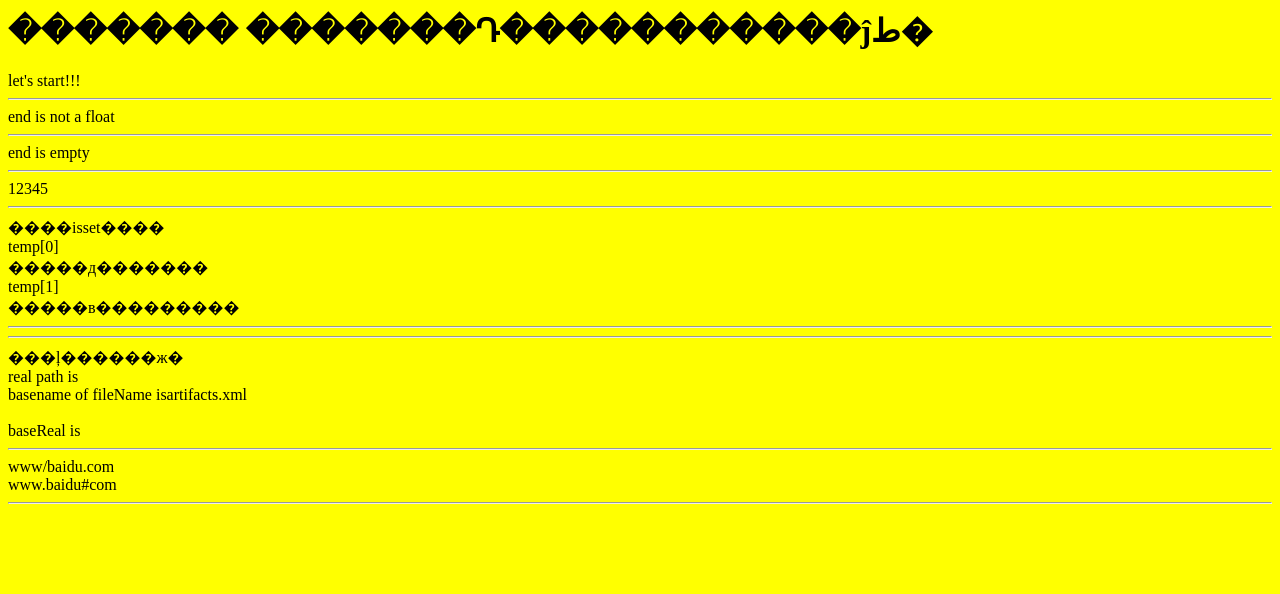
Repository: hanliyao/HelloWorld
Page: http://localhost/core/Common/testUnit.php
The author's editor kept a copy of each file at every save. The page is drawn from the files as they stood at one save, then again after the next save.
The browser window is 1280 px wide. The pictures show the whole page.
The page is run by PHP 8.4 with error messages shown; the project is at /var/www/html/.

Above is the page before, as saved 2016-02-05 03:09:15.

After the next save:
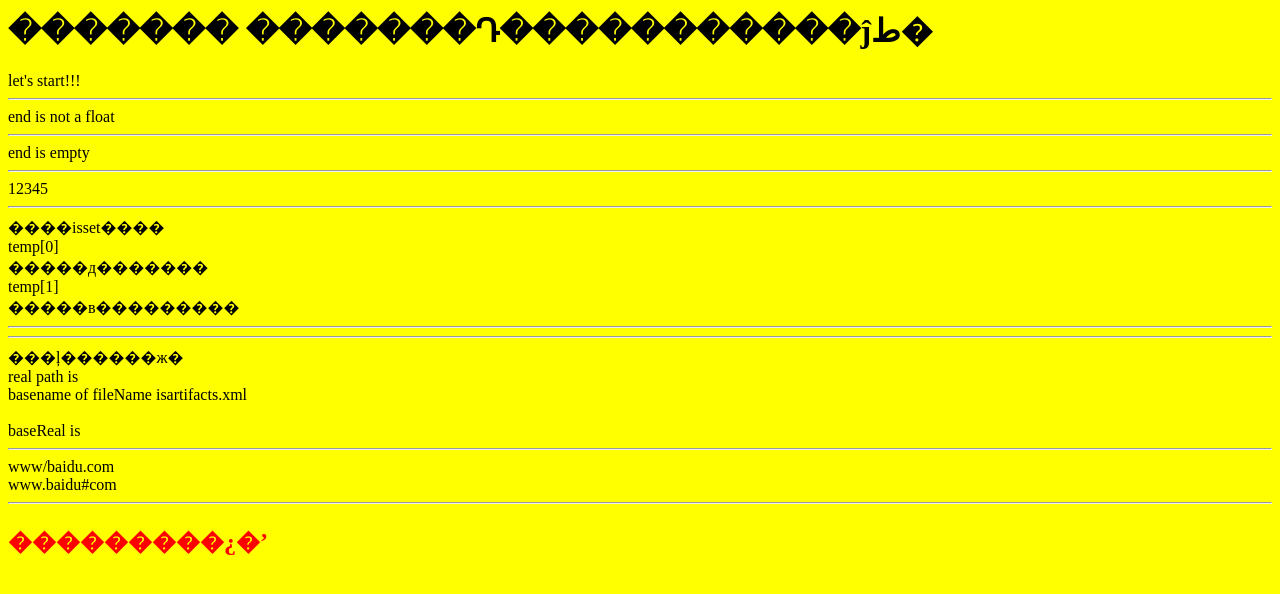
Saved 67 s later.
--- a/HelloWorld/core/Common/testUnit.php
+++ b/HelloWorld/core/Common/testUnit.php
@@ -86,8 +86,8 @@
            echo "<hr>";
            //宮壇貫零鱗놔競뻣
            ?>
-           <div >
-
+           <div style="color: red">
+                <h2>닒侶쟁路劤역迦</h2>
            </div>
     </body>
 </html>
